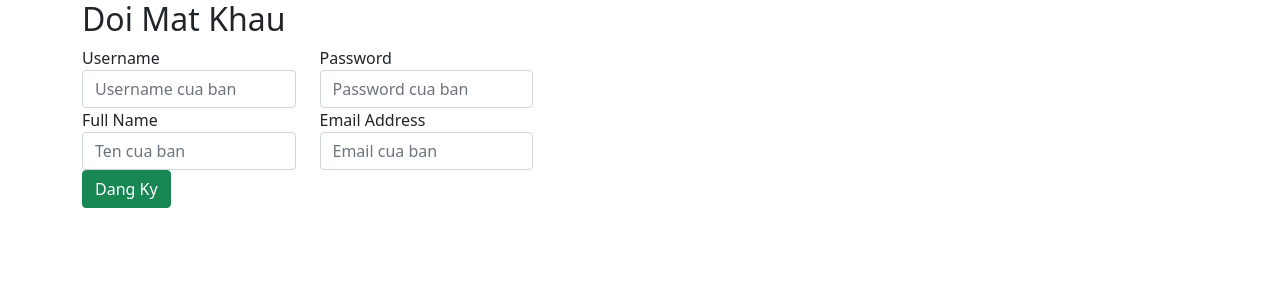
Repository: kiennd3921/AssJava4
Page: http://localhost/Assignment/view/auth/DangKy.jsp
The author's editor kept a copy of each file at every save. The page is drawn from the files as they stood at one save, then again after the next save.
The browser window is 1280 px wide. The pictures show the whole page.
The page is served by Tomcat 9. Other server files are loaded and not shown.

Above is the page before, as saved 2021-04-15 15:26:51.

### PT15307-UD/Assignment/WebContent/view/auth/DangKy.jsp
<%@ page language="java" contentType="text/html; charset=ISO-8859-1"
	pageEncoding="UTF-8"%>
<!DOCTYPE html>
<html>
<head>
<meta charset="UTF-8">
<meta name="viewport" content="width = device-width, initial-scale=1.0">
<title>Insert title here</title>
<%@ taglib uri="http://java.sun.com/jstl/core_rt" prefix="c"%>
<link rel="stylesheet" type="text/css">
<link
	href="https://cdn.jsdelivr.net/npm/bootstrap@5.0.0-beta2/dist/css/bootstrap.min.css"
	rel="stylesheet"
	integrity="sha384-BmbxuPwQa2lc/FVzBcNJ7UAyJxM6wuqIj61tLrc4wSX0szH/Ev+nYRRuWlolflfl"
	crossorigin="anonymous">

</head>
<body>
	<div class="container">
		<div class="row">
			<div class="col-md-5">
				<form>
					<h2>Doi Mat Khau</h2>
					<div class="row">
						<div class="col">
							<label>Username</label> <input type="text" class="form-control"
								placeholder="Username cua ban" required name="">
						</div>
						<div class="col">
							<label>Password</label> <input type="password"
								class="form-control" placeholder="Password cua ban" required
								name="">
						</div>
					</div>
					<div class="row">
						<div class="col">
							<label>Full Name</label> <input type="text" class="form-control"
								placeholder="Ten cua ban" required name="">
						</div>
						<div class="col">
							<label>Email Address</label> <input type="email"
								class="form-control" placeholder="Email cua ban" required
								name="">
						</div>
					</div>
					<div class="form-group">
						<button class="btn btn-success" type="submit">Dang Ky</button>
					</div>
				</form>
			</div>
		</div>
	</div>
</body>
</html>

After the next save:
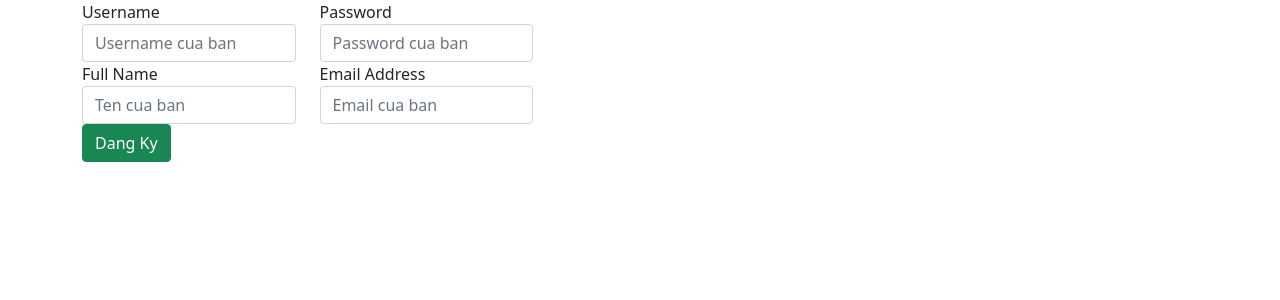
Saved 34 s later.
--- a/PT15307-UD/Assignment/WebContent/view/auth/DangKy.jsp
+++ b/PT15307-UD/Assignment/WebContent/view/auth/DangKy.jsp
@@ -20,7 +20,7 @@
 		<div class="row">
 			<div class="col-md-5">
 				<form>
-					<h2>Doi Mat Khau</h2>
+					<h2Dang Ky</h2>
 					<div class="row">
 						<div class="col">
 							<label>Username</label> <input type="text" class="form-control"
